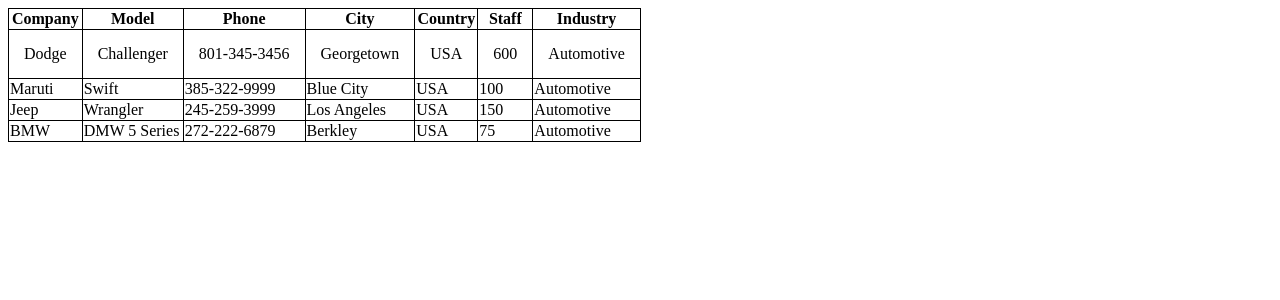
Repository: vgoins-RA2022/HTML-2
Page: index.html
These files come from the project's save history. The page is drawn as it stood at one moment and after a run of saves; the edit follows.
The browser window is 1280 px wide. The pictures show the whole page.

Above is the page before, as saved 2023-01-21 22:27:54.

### index.html
<!DOCTYPE html>
<html lang="en">

<head>
  <meta charset="UTF-8">
  <meta name="viewport" content="width=device-width, initial-scale=1">
  <link rel="stylesheet" href="../HTML-2/src/css/Style.css" type="text/css">
  <title>HTML Table Assignment 2</title>
</head>

<body>
  <!-- Build Table -->
  <table>
    <thead>
      <tr>
        <!-- Name colomn headings -->
        <th>Company</th>
        <th>Model</th>
        <th>Phone</th>
        <th>City</th>
        <th>Country</th>
        <th>Staff</th>
        <th>Industry</th>
      </tr>
    </thead>
    <tbody>
      <tr>
        <!--Beginning table data  -->
        <td class="table-cell-padding">Dodge</td>
        <td class="table-cell-padding">Challenger</td>
        <td class="table-cell-padding">801-345-3456</td>
        <td class="table-cell-padding">Georgetown</td>
        <td class="table-cell-padding">USA</td>
        <td class="table-cell-padding">600</td>
        <td class="table-cell-padding">Automotive</td>
      </tr>
       <tr>
        <td>Maruti</td>
        <td>Swift</td>
        <td>385-322-9999</td>
        <td>Blue City</td>
        <td>USA</td>
        <td>100</td>
        <td>Automotive</td>
      </tr><tr>
        <td>Jeep</td>
        <td>Wrangler</td>
        <td>245-259-3999</td>
        <td>Los Angeles</td>
        <td>USA</td>
        <td>150</td>
        <td>Automotive</td>
      </tr>
      <tr>
        <td>BMW</td>
        <td>DMW 5 Series</td>
        <td>272-222-6879</td>
        <td>Berkley</td>
        <td>USA</td>
        <td>75</td>
        <td>Automotive</td>
      </tr>
    </tbody>
    <!-- Ending table data -->
  </table>

 </body>

</html>

### src/css/Style.css

table, th, td {
  border: 1px solid black;
  border-collapse: collapse;
}

  .table-cell-padding {
    padding: 15px;
  }

After the next 2 saves:
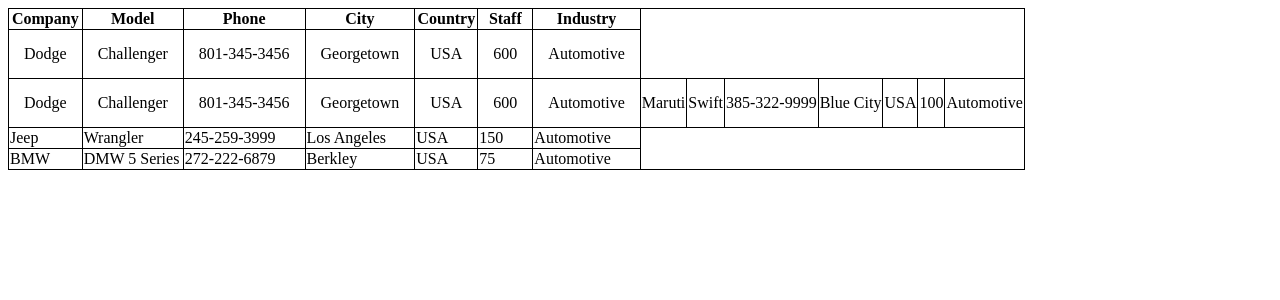
The 2 saves are shown as one change because they came seconds apart.
The last was saved 43 s later.
--- a/index.html
+++ b/index.html
@@ -35,6 +35,13 @@
         <td class="table-cell-padding">Automotive</td>
       </tr>
        <tr>
+        <td class="table-cell-padding">Dodge</td>
+        <td class="table-cell-padding">Challenger</td>
+        <td class="table-cell-padding">801-345-3456</td>
+        <td class="table-cell-padding">Georgetown</td>
+        <td class="table-cell-padding">USA</td>
+        <td class="table-cell-padding">600</td>
+        <td class="table-cell-padding">Automotive</td>
         <td>Maruti</td>
         <td>Swift</td>
         <td>385-322-9999</td>
